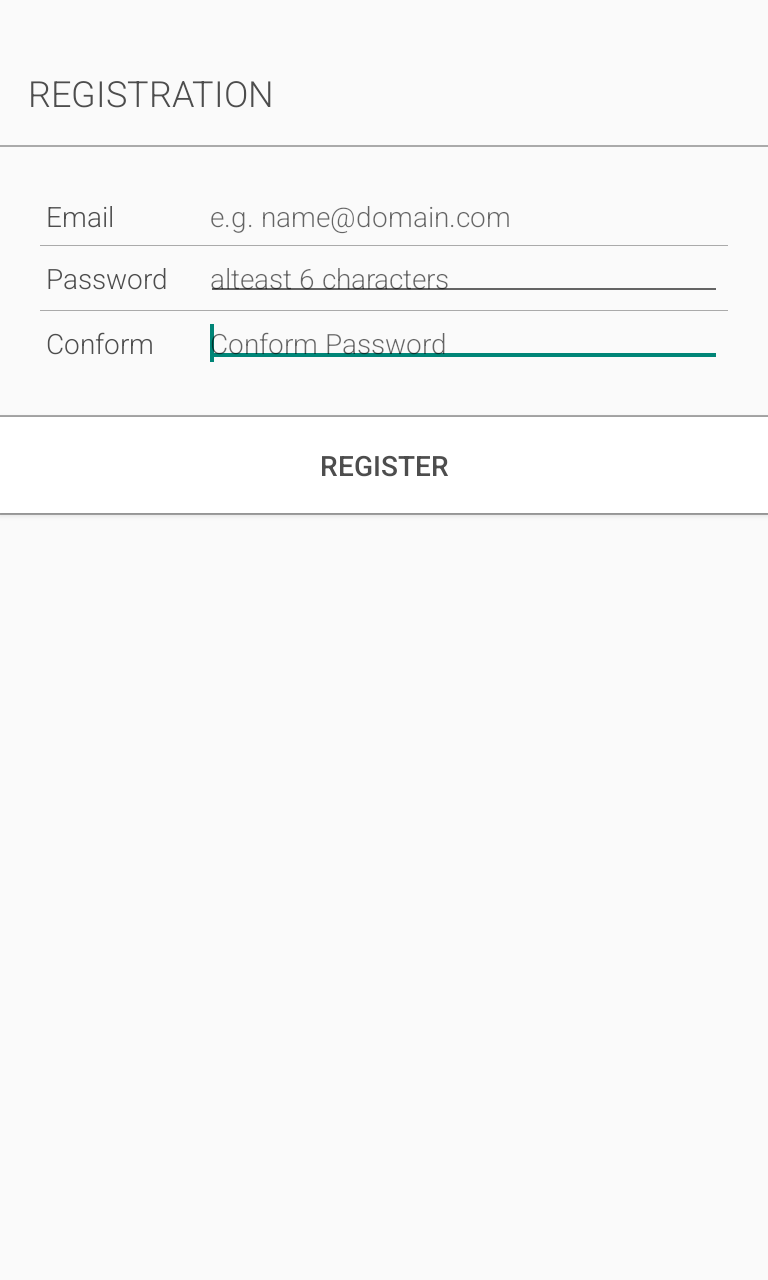
Repository: lMayuraDevani/BrentBrown
Layout: BrentBrown/res/layout/register.xml
The author's editor kept a copy of each file at every save. The layout is drawn from the files as they stood at one save, then again after the next save.
It is drawn on a 768 x 1280 px phone screen (xhdpi) without system bars, with theme AppTheme; the app's code is not run.

Above is the layout before, as saved 2014-11-12 09:48:24.

### BrentBrown/res/layout/register.xml
<?xml version="1.0" encoding="utf-8"?>
<LinearLayout xmlns:android="http://schemas.android.com/apk/res/android"
    android:layout_width="match_parent"
    android:layout_height="match_parent"
    android:orientation="vertical" >


    <TextView
        android:id="@+id/textView1"
        android:layout_width="wrap_content"
        android:layout_height="wrap_content"
        android:layout_marginTop="20dp"
        android:padding="14dp"
        android:text="@string/registration_lable"
        android:textColor="@color/dark_gray_for_front"
        android:fontFamily="sans-serif-light"
        android:textAppearance="?android:attr/textAppearanceMedium" />


    <View
	   android:layout_width="fill_parent"
	   android:layout_height="1dp"
	   android:background="@android:color/darker_gray" />

    <LinearLayout
                android:layout_width="fill_parent"
                android:layout_height="wrap_content"
                android:padding="20dp"
                android:orientation="vertical" >

      <LinearLayout
                android:layout_width="fill_parent"
                android:layout_height="wrap_content"
                android:padding="2dp"
                android:orientation="horizontal" >

                <TextView
                    android:id="@+id/emaillbl"
                    android:layout_width="80dp"
                    android:layout_height="wrap_content"
                    android:layout_gravity="center"
                    android:padding="01dp"
                    android:text="Email"
                    android:fontFamily="sans-serif-light"
                    android:textColor="@color/dark_gray_for_front"
                    android:textAppearance="?android:attr/textAppearanceSmall" />

                <EditText
                    android:id="@+id/emailtxt"
                    android:layout_width="wrap_content"
                    android:layout_height="wrap_content"
                    android:ems="10"
                    android:hint="e.g. name@domain.com"
                    android:padding="3dp"
                    android:fontFamily="sans-serif-light"
                    android:textColor="@android:color/darker_gray"
                    android:background="@null"
                    android:textAppearance="?android:attr/textAppearanceSmall"
                    >

                    <requestFocus />
                </EditText>
            </LinearLayout>

       <View
	   android:layout_width="fill_parent"
	   android:layout_height="0.25dp"
	   android:padding="1dp"
	   android:background="@android:color/darker_gray" />

      <LinearLayout
                android:layout_width="fill_parent"
                android:layout_height="wrap_content"
                android:padding="2dp"
                android:orientation="horizontal" >

                <TextView
                    android:id="@+id/pass"
                    android:layout_width="80dp"
                    android:layout_height="wrap_content"
                    android:layout_gravity="center"
                    android:padding="01dp"
                    android:text="Password"
                    android:fontFamily="sans-serif-light"
                    android:textColor="@color/dark_gray_for_front"
                    android:textAppearance="?android:attr/textAppearanceSmall" />

                  <EditText
                    android:id="@+id/passwordtxt"
                    android:layout_width="match_parent"
                    android:layout_height="wrap_content"
                    android:ems="10"
                    android:hint="alteast 6 characters"
                    android:inputType="textPassword"
                    android:padding="3dp"
                    android:fontFamily="sans-serif-light"
                    android:textAppearance="?android:attr/textAppearanceSmall"
                    android:textColor="@android:color/darker_gray" >

                    <requestFocus />
                </EditText>
            </LinearLayout>

      <View
	   android:layout_width="fill_parent"
	   android:layout_height="0.25dp"
	   android:padding="1dp"
	   android:background="@android:color/darker_gray" />

            <LinearLayout
                android:layout_width="fill_parent"
                android:layout_height="wrap_content"
                android:padding="2dp"
                android:orientation="horizontal" >

                <TextView
                    android:id="@+id/conformpass"
                    android:layout_width="80dp"
                    android:layout_height="wrap_content"
                    android:layout_gravity="center"
                    android:padding="01dp"
                    android:text="Conform"
                    android:fontFamily="sans-serif-light"
                    android:textColor="@color/dark_gray_for_front"
                    android:textAppearance="?android:attr/textAppearanceSmall" />

                <EditText
                    android:id="@+id/cpasswordtxt"
                    android:layout_width="match_parent"
                    android:layout_height="wrap_content"
                    android:ems="10"
                    android:hint="Conform Password"
                    android:inputType="textPassword"
                    android:padding="3dp"
                    android:fontFamily="sans-serif-light"
                    android:textAppearance="?android:attr/textAppearanceSmall"
                    android:textColor="@android:color/darker_gray" >

                    <requestFocus />
                </EditText>
            </LinearLayout>
      </LinearLayout>

     <View
	   android:layout_width="fill_parent"
	   android:layout_height="1dp"
	   android:background="@android:color/darker_gray" />

       <Button
                android:id="@+id/register"
                android:layout_width="fill_parent"
                android:layout_height="wrap_content"
                android:layout_below="@+id/login"
                android:background="@android:color/white"
                android:textColor="@color/dark_gray_for_front"
                android:text="Register" />

         <View
	   android:layout_width="fill_parent"
	   android:layout_height="1dp"
	   android:background="@android:color/darker_gray" />

</LinearLayout>

### BrentBrown/res/values/styles.xml
<resources xmlns:android="http://schemas.android.com/apk/res/android">

    <style name="AppBaseTheme" parent="Theme.AppCompat"></style>

    <!-- Application theme. -->
    <style name="AppTheme" parent="AppBaseTheme">
        <item name="actionBarStyle">@style/CustomizedActionbar</item>
        <item name="actionBarTabStyle">@style/CustomizedActionbarTabs</item>
        <item name="android:actionBarStyle">@style/CustomizedActionbar</item>
        <item name="android:actionBarTabStyle">@style/CustomizedActionbarTabs</item>
    </style>

    <!-- ActionBar styles -->
    <style name="CustomizedActionbar" parent="@style/Widget.AppCompat.ActionBar">
        <item name="android:background">@color/ActionBarColor</item>

        <!-- Support library compatibility -->
        <item name="background">@color/ActionBarColor</item>
        <item name="android:divider">@drawable/tabdivider</item>
    </style>

    <!-- ActionBar tabs styles -->
    <style name="CustomizedActionbarTabs" parent="@style/Widget.AppCompat.ActionBar.TabView">

        <!-- tab indicator -->
        <item name="android:background">@drawable/actionbar_tab_indicator</item>
        <item name="android:divider">@drawable/tabdivider</item>

        <!-- Support library compatibility -->
        <item name="background">@drawable/actionbar_tab_indicator</item>
    </style>

</resources>

### BrentBrown/res/drawable/actionbar_tab_indicator.xml
<?xml version="1.0" encoding="utf-8"?>
<selector xmlns:android="http://schemas.android.com/apk/res/android">

<!-- STATES WHEN BUTTON IS NOT PRESSED -->

    <!-- Non focused states -->
    <item android:state_focused="false" android:state_selected="false"
          android:state_pressed="false"

          android:drawable="@drawable/tab_unselected" />
    <item android:state_focused="false" android:state_selected="true"
          android:state_pressed="false"

          android:drawable="@drawable/tab_selected" />

    <!-- Focused states (such as when focused with a d-pad or mouse hover) -->
    <item android:state_focused="true" android:state_selected="false"
          android:state_pressed="false"
          android:drawable="@drawable/tab_unselected_focused" />
    <item android:state_focused="true" android:state_selected="true"
          android:state_pressed="false"
          android:drawable="@drawable/tab_selected_focused" />


<!-- STATES WHEN BUTTON IS PRESSED -->

    <!-- Non focused states -->
    <item android:state_focused="false" android:state_selected="false"
          android:state_pressed="true"
          android:drawable="@drawable/tab_unselected_pressed" />
    <item android:state_focused="false" android:state_selected="true"
        android:state_pressed="true"
        android:drawable="@drawable/tab_selected_pressed" />

    <!-- Focused states (such as when focused with a d-pad or mouse hover) -->
    <item android:state_focused="true" android:state_selected="false"
          android:state_pressed="true"
          android:drawable="@drawable/tab_unselected_pressed" />
    <item android:state_focused="true" android:state_selected="true"
          android:state_pressed="true"
          android:drawable="@drawable/tab_selected_pressed" />
</selector>

### BrentBrown/res/drawable/tabdivider.xml
<?xml version="1.0" encoding="utf-8"?>
<shape xmlns:android="http://schemas.android.com/apk/res/android"
    android:shape="line"  >

      <size android:width="2dp" android:height="10dp"/>
    <solid android:color="@color/BorderGrayColor" />
    <padding android:left="15dp" android:top="15dp" />

</shape>

### BrentBrown/res/values/color.xml
<?xml version="1.0" encoding="utf-8"?>
<resources>

    <color name="gray_list_item">#E5E5E5</color>
    <color name="gray_backgroound">#EEEEEE</color>
    <color name="gray_border">#b6b6b6</color>
    <color name="ActionBarColor">#25C389</color>
    <color name="BorderGrayColor">#CED8D8</color>
    <color name="OrangeTabColor">#F5963C</color>
    <color name="TurquoiseBlueTabColor">#05AEAA</color>
    <color name="MediumGrayBackColor">#D8D8D8</color>
    <color name="list_item_title">#444444</color>
    <color name="list_item_subtitle">#929292</color>
    <color name="dark_gray_for_front">#4d4d4d</color>



</resources>

### BrentBrown/res/drawable/tab_unselected.xml
<shape xmlns:android="http://schemas.android.com/apk/res/android"
    android:shape="rectangle" >

    <solid android:color="@color/OrangeTabColor" />

</shape>

### BrentBrown/res/drawable/tab_selected.xml
<?xml version="1.0" encoding="utf-8"?>
<shape xmlns:android="http://schemas.android.com/apk/res/android"
    android:shape="rectangle" >

    <solid android:color="@color/TurquoiseBlueTabColor" />



</shape>

### BrentBrown/res/drawable/tab_unselected_focused.xml
<shape xmlns:android="http://schemas.android.com/apk/res/android"
    android:shape="rectangle" >



   <solid android:color="@color/OrangeTabColor"/>

</shape>

### BrentBrown/res/drawable/tab_selected_focused.xml
<?xml version="1.0" encoding="utf-8"?>
<shape xmlns:android="http://schemas.android.com/apk/res/android"
    android:shape="rectangle" >



 <solid android:color="@color/TurquoiseBlueTabColor" />



</shape>

### BrentBrown/res/drawable/tab_unselected_pressed.xml
<shape xmlns:android="http://schemas.android.com/apk/res/android"
    android:shape="rectangle" >



    <solid android:color="@color/OrangeTabColor" />

</shape>

### BrentBrown/res/drawable/tab_selected_pressed.xml
<?xml version="1.0" encoding="utf-8"?>
<shape xmlns:android="http://schemas.android.com/apk/res/android"
    android:shape="rectangle" >
    <solid android:color="@color/TurquoiseBlueTabColor" />

</shape>

### BrentBrown/res/values/strings.xml
<?xml version="1.0" encoding="utf-8"?>
<resources>

    <string name="app_name"> Brent Brown</string>
    <string name="title_garage"> Garage</string>
    <string name="title_showroom"> Showroom</string>
    <string name="title_specials"> Specials</string>
    <string name="title_tools"> Tools</string>
    <string name="title_extra"> More</string>

    <string name="title_ServiceHistory">Service</string>
    <string name="title_Appointments">Appontments</string>
    <string name="title_Message">Message</string>

    <string name="hello_world">Hello world!</string>
    <string name="action_settings">Settings</string>

    <string name="menu_settings">Settings</string>
    <string name="pull_to_refresh_pull_label">Pull to refresh...</string>
    <string name="pull_to_refresh_release_label">Release to refresh...</string>
    <string name="pull_to_refresh_refreshing_label">Loading...</string>
    <string name="pull_to_refresh_tap_label">Tap to refresh...</string>
    <string name="registration_lable">REGISTRATION</string>


</resources>

Loaded but not shown: BrentBrown/res/values-v11/styles.xml (common file); BrentBrown/res/values-v14/styles.xml (common file)

After the next save:
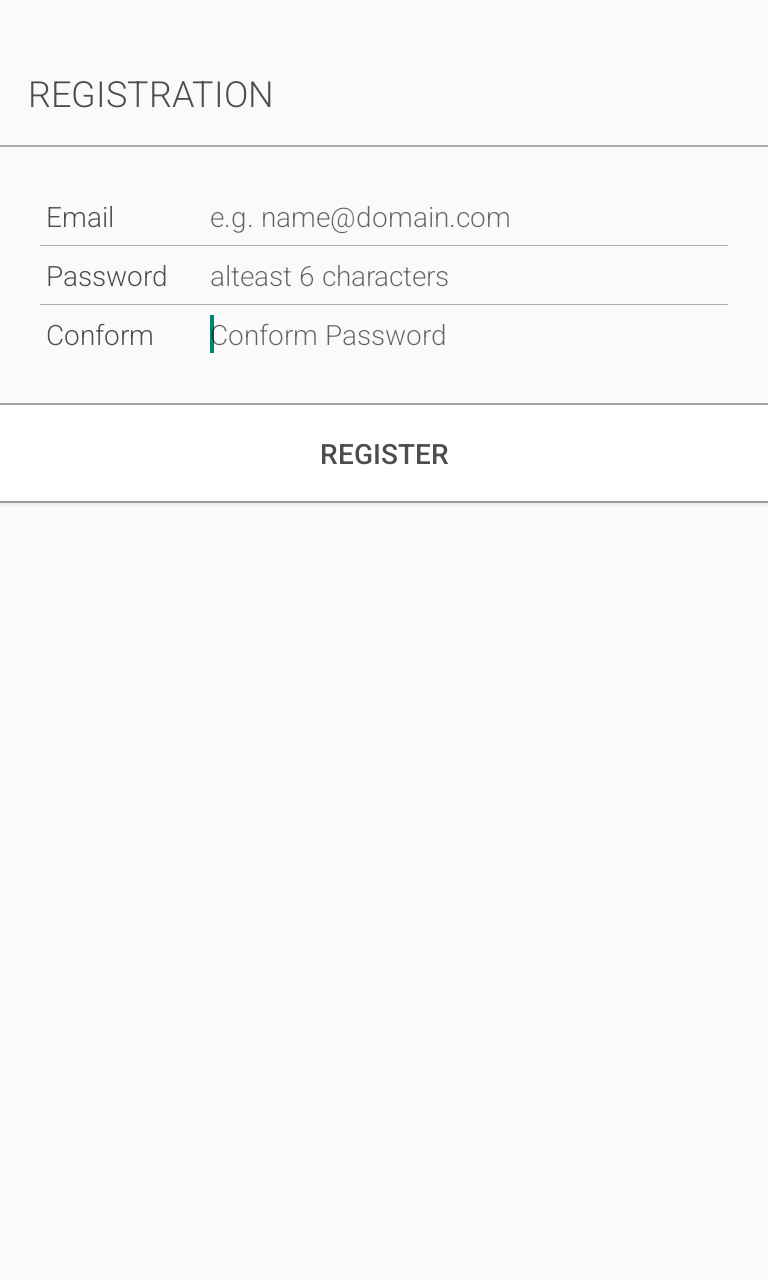
Saved 12 s later.
--- a/BrentBrown/res/layout/register.xml
+++ b/BrentBrown/res/layout/register.xml
@@ -95,6 +95,7 @@
                     android:padding="3dp"
                     android:fontFamily="sans-serif-light"
                     android:textAppearance="?android:attr/textAppearanceSmall"
+                    android:background="@null"
                     android:textColor="@android:color/darker_gray" >
 
                     <requestFocus />
@@ -133,6 +134,7 @@
                     android:inputType="textPassword"
                     android:padding="3dp"
                     android:fontFamily="sans-serif-light"
+                    android:background="@null"
                     android:textAppearance="?android:attr/textAppearanceSmall"
                     android:textColor="@android:color/darker_gray" >
 
